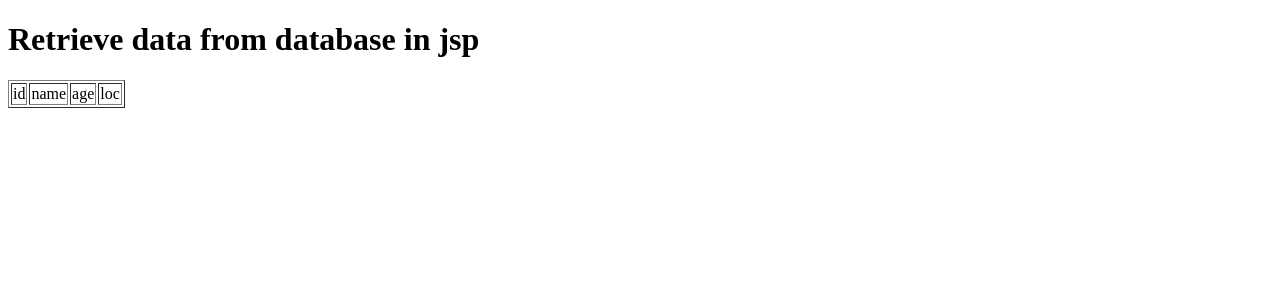
Repository: usaeed/Project2018
Page: http://localhost/DynamicWebProject1/selectResult.jsp
An editor plug-in stored every save of this project. The page is shown before and after a run of saves, followed by the edit.
The browser window is 1280 px wide. The pictures show the whole page.
The page is served by Tomcat 9. Queries for data that is not in the repository find no rows.

Above is the page before, as saved 2018-02-01 23:44:31.

### DynamicWebProject1/WebContent/selectResult.jsp
<%@ page language="java" contentType="text/html; charset=ISO-8859-1"
	pageEncoding="ISO-8859-1"%>
<%@include file="connect.jsp"%>
<!DOCTYPE html PUBLIC "-//W3C//DTD HTML 4.01 Transitional//EN" "http://www.w3.org/TR/html4/loose.dtd">
<html>
<body>

	<h1>Retrieve data from database in jsp</h1>
	<table border="1">
		<tr>
			<td>id</td>
			<td>name</td>
			<td>age</td>
			<td>loc</td>

		</tr>
		<%
			try {
				connection = DriverManager.getConnection(connectionUrl
						+ database, userid, password);
				statement = connection.createStatement();
				String sql = "select * from subscribertable";
				resultSet = statement.executeQuery(sql);
				while (resultSet.next()) {
		%>
		<tr>
			<td><%=resultSet.getString("id")%></td>
			<td><%=resultSet.getString("name")%></td>
			<td><%=resultSet.getString("age")%></td>
			<td><%=resultSet.getString("loc")%></td>
		</tr>
		<%
			}
				connection.close();
			} catch (Exception e) {
				e.printStackTrace();
			}
		%>
	</table>
</body>
</html>

### DynamicWebProject1/WebContent/connect.jsp
<%@ page language="java" contentType="text/html; charset=ISO-8859-1"
	pageEncoding="ISO-8859-1"%>
<%@page import="java.sql.DriverManager"%>
<%@page import="java.sql.ResultSet"%>
<%@page import="java.sql.Statement"%>
<%@page import="java.sql.Connection"%>
<%
	String id = request.getParameter("userid");
	String driver = "com.mysql.jdbc.Driver";
	String connectionUrl = "jdbc:mysql://localhost:3306/";
	String database = "subscriberdb";
	String userid = "root";
	String password = "";
	try {
		Class.forName(driver);
	} catch (ClassNotFoundException e) {
		e.printStackTrace();
	}
	Connection connection = null;
	Statement statement = null;
	ResultSet resultSet = null;
%>

### DynamicWebProject1/WebContent/makeUp.css
@CHARSET "ISO-8859-1";
table, td, th {
    border: 1px solid #ddd;
    text-align: left;
}

table {
    border-collapse: collapse;
    width: 100%;
}

th, td {
    padding: 15px;
}

After the next 2 saves:
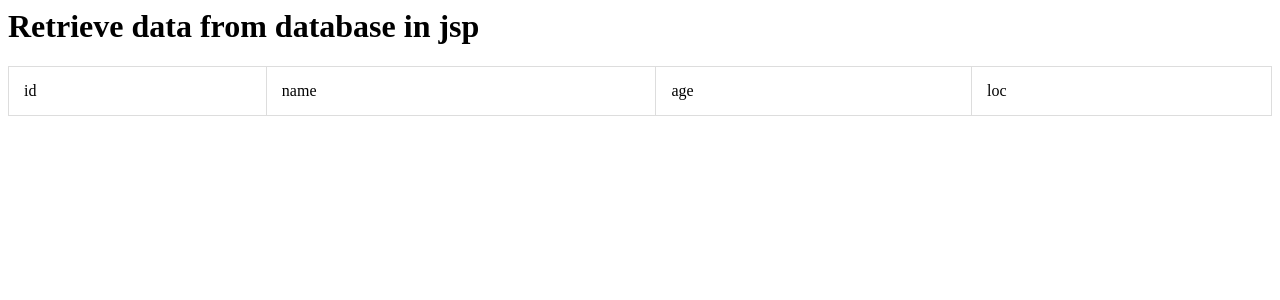
The 2 saves are shown as one change because 1 did not build or start.
The last was saved 88 s later.
--- a/DynamicWebProject1/WebContent/selectResult.jsp
+++ b/DynamicWebProject1/WebContent/selectResult.jsp
@@ -1,6 +1,7 @@
 <%@ page language="java" contentType="text/html; charset=ISO-8859-1"
 	pageEncoding="ISO-8859-1"%>
 <%@include file="connect.jsp"%>
+<style><%@include file="makeUp.css"%></style>
 <!DOCTYPE html PUBLIC "-//W3C//DTD HTML 4.01 Transitional//EN" "http://www.w3.org/TR/html4/loose.dtd">
 <html>
 <body>
